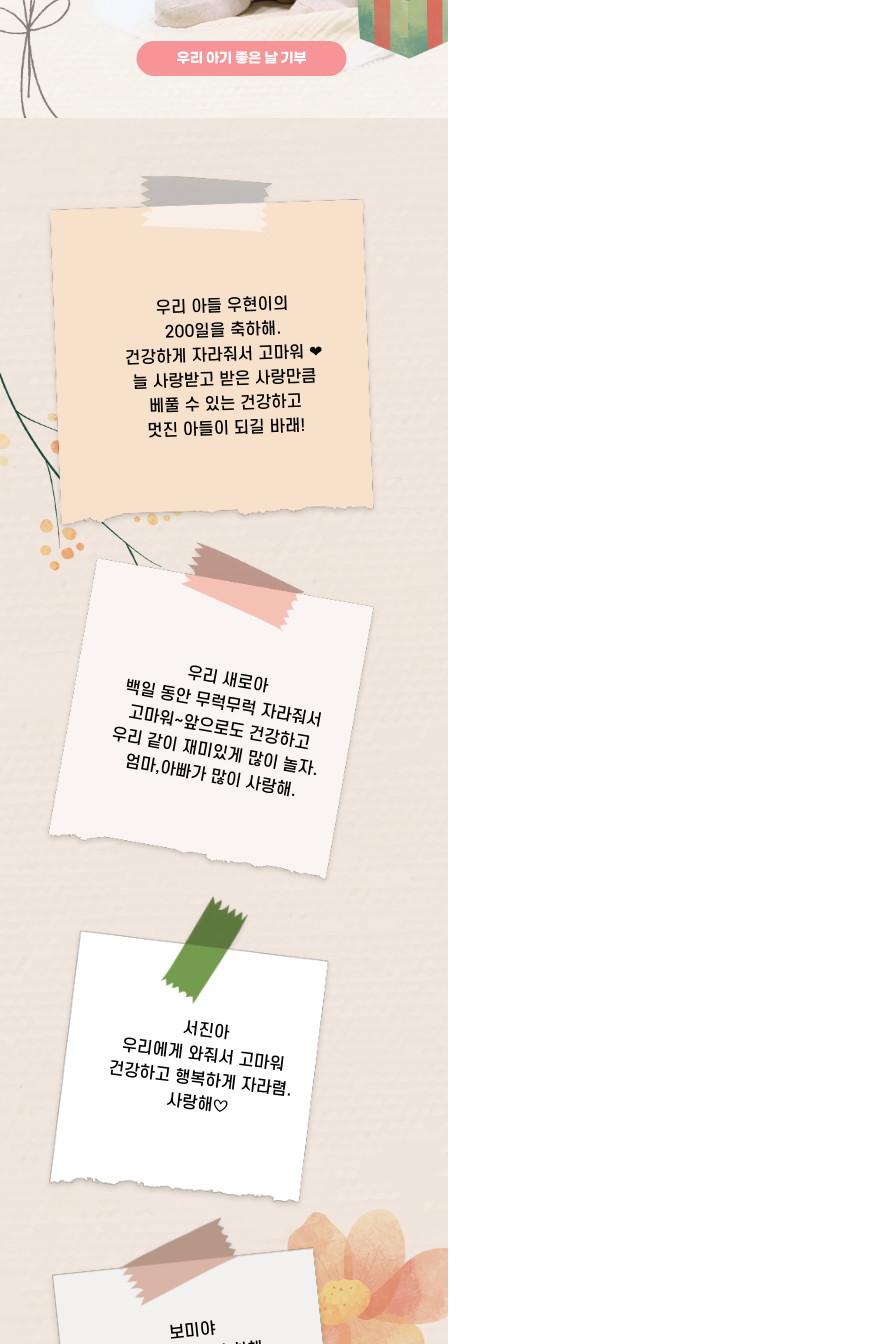
Repository: dlgywls1130/save_children_m
Page: index.html
An editor plug-in stored every save of this project. The page is shown before and after the next save, followed by the edit.
The browser window is 1280 px wide. The pictures show the part of the page from y = 771 to 2691 px (the page is 9658 px tall), at 70% of full size.

Above is the page before, as saved 2023-12-13 19:03:19.

After the next save:
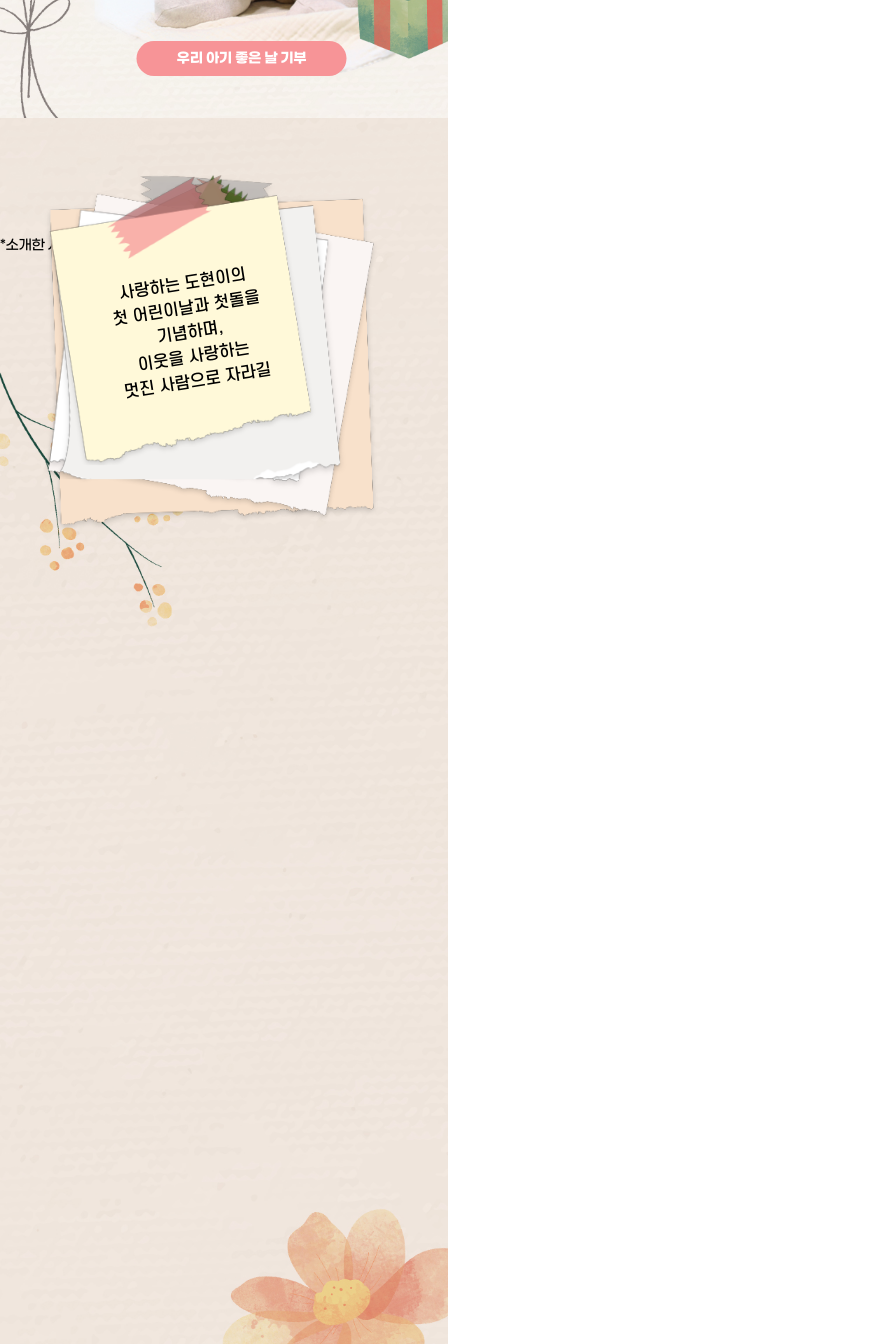
Saved 89 s later.
--- a/css/style.css
+++ b/css/style.css
@@ -245,6 +245,9 @@
     letter-spacing: -0.03em;
 }
 
+.postit{
+    position: absolute;
+}
 
 .postit p{
     font-family: 'SCDream5';

After the save that followed:
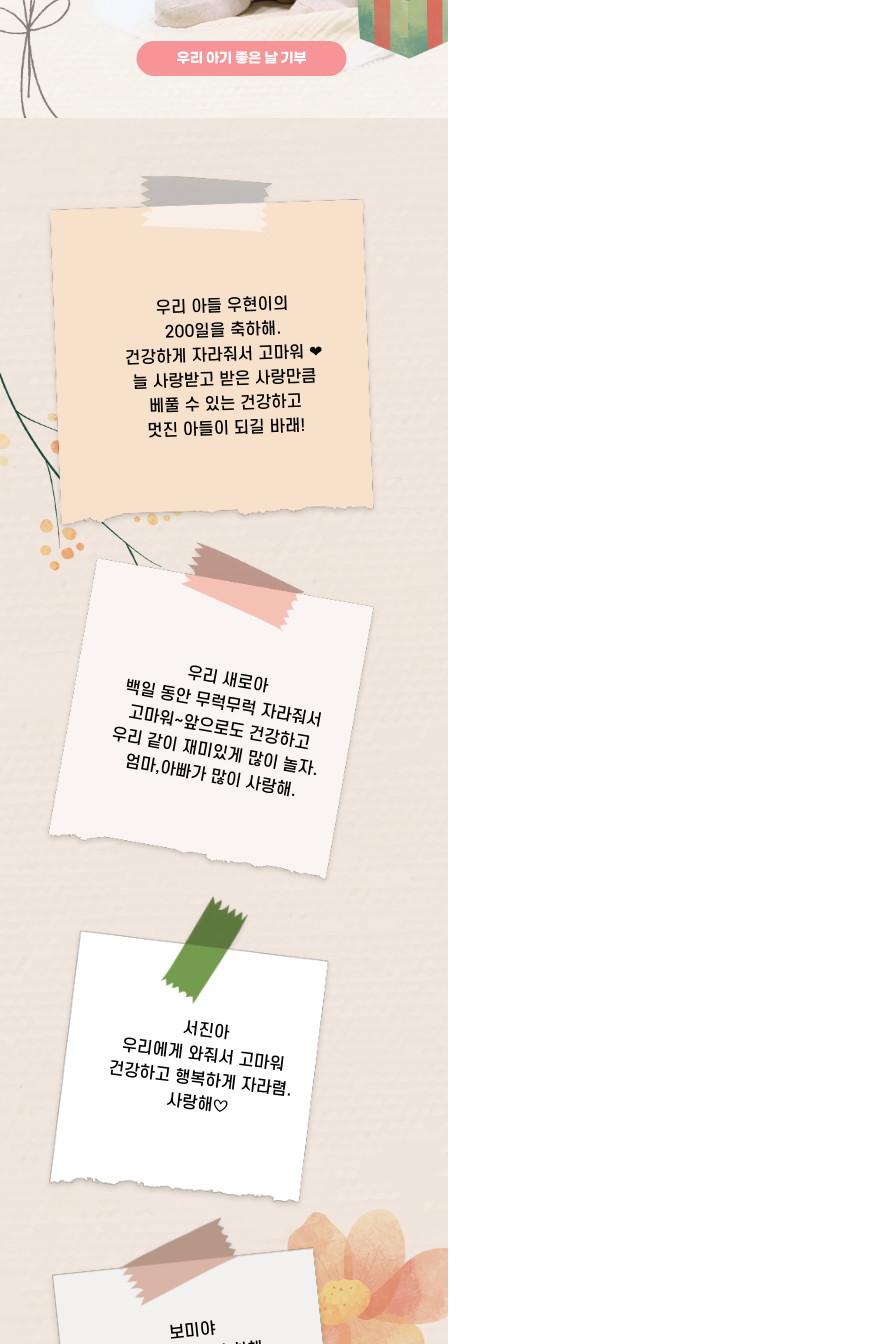
Saved 19 s later.
--- a/css/style.css
+++ b/css/style.css
@@ -245,9 +245,6 @@
     letter-spacing: -0.03em;
 }
 
-.postit{
-    position: absolute;
-}
 
 .postit p{
     font-family: 'SCDream5';
